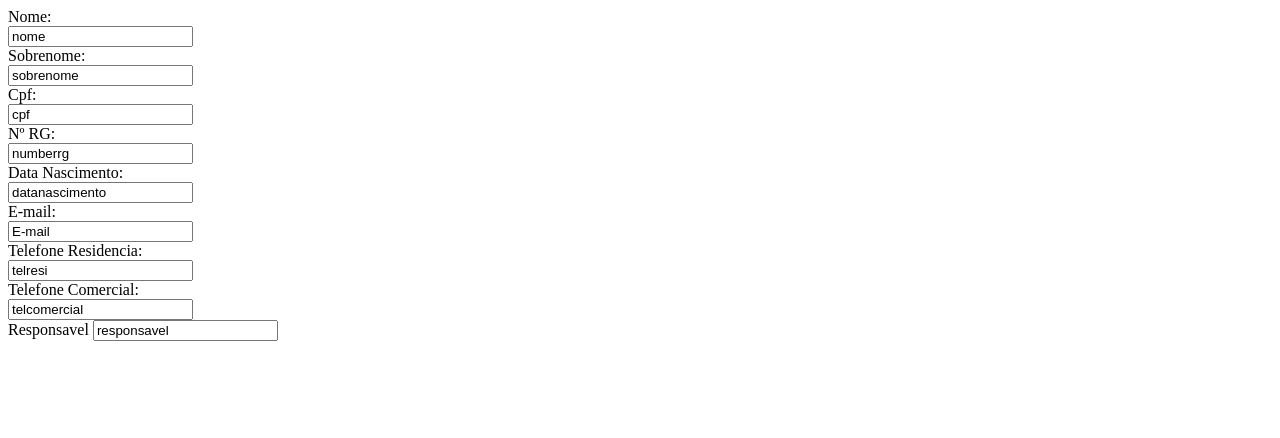
Repository: samaelsimoes/ong-cepe
Page: ong-cepe/WebContent/privado/formulario/pesfisica.html
An editor plug-in stored every save of this project. The page is shown before and after the next save, followed by the edit.
The browser window is 1280 px wide. The pictures show the whole page.

Above is the page before, as saved 2017-08-13 19:04:15.

### ong-cepe/WebContent/privado/formulario/pesfisica.html
 <div class="form-group row">

    <div class="col-xs-6 col-md-5">
        <label for="example-text-input" class="col-2 col-form-label">Nome:</label>

       <div class="col-10">
            <input class="form-control" type="text" value="nome" id="nome" placeholder="Nome">
        </div>
    </div>

    <div class="col-xs-6 col-md-5 coll-md-offset-2">

        <label for="example-text-input" class="col-2 col-form-label">Sobrenome:</label>

        <div class="col-10">
            <input class="form-control" type="text" value="sobrenome" id="sobrenome" placeholder="Sobrenome">
        </div>
    </div>
</div>

<div class="form-group row">
    <div class="col-xs-6 col-md-5">
        <label for="example-text-input" class="col-2 col-form-label">Cpf:</label>

       <div class="col-10">
            <input class="form-control" type="text" value="cpf" id="nome" placeholder="cpf">
        </div>
    </div>

    <div class="col-xs-6 col-md-5 coll-md-offset-2">

        <label for="example-text-input" class="col-2 col-form-label">Nº RG:</label>

        <div class="col-10">
            <input class="form-control" type="text" value="numberrg" id="sobrenome" placeholder="rg">
        </div>
    </div>
</div>

 <div class="form-group row">
    <div class="col-xs-6 col-md-5">
        <label for="example-text-input" class="col-2 col-form-label">Data Nascimento:</label>

       <div class="col-10">
            <input class="form-control" type="text" value="datanascimento" id="datanascimento" placeholder="cpf">
        </div>
    </div>
    <div class="col-xs-6 col-md-5 coll-md-offset-2">

        <label for="email" class="col-2 col-form-label">E-mail:</label>

        <div class="col-10">

            <input class="form-control" type="text" value="E-mail" id="email" placeholder="-Email">
        </div>
    </div>
</div>

 <div class="form-group row">
    <div class="col-xs-6 col-md-5">
        <label for="example-text-input" class="col-2 col-form-label">Telefone Residencia:</label>

       <div class="col-10">
            <input class="form-control" type="text" value="telresi" id="telresidenci" placeholder="Telefone Residencia">
        </div>
    </div>
    <div class="col-xs-6 col-md-5 coll-md-offset-2">

        <label for="telcomercial" class="col-2 col-form-label">Telefone Comercial:</label>

        <div class="col-10">

            <input class="form-control" type="text" value="telcomercial" id="telcomercial" placeholder="Telefone Comercial">
        </div>
    </div>
</div>

 <div class="form-group row">
    <div class="col-xs-6 col-md-10">

        <label for="responsavel" class="col-2 col-form-label">Responsavel</label>

        <input class="form-control" type="text" value="responsavel" id="responsavel">
    </div>
</div>

After the next save:
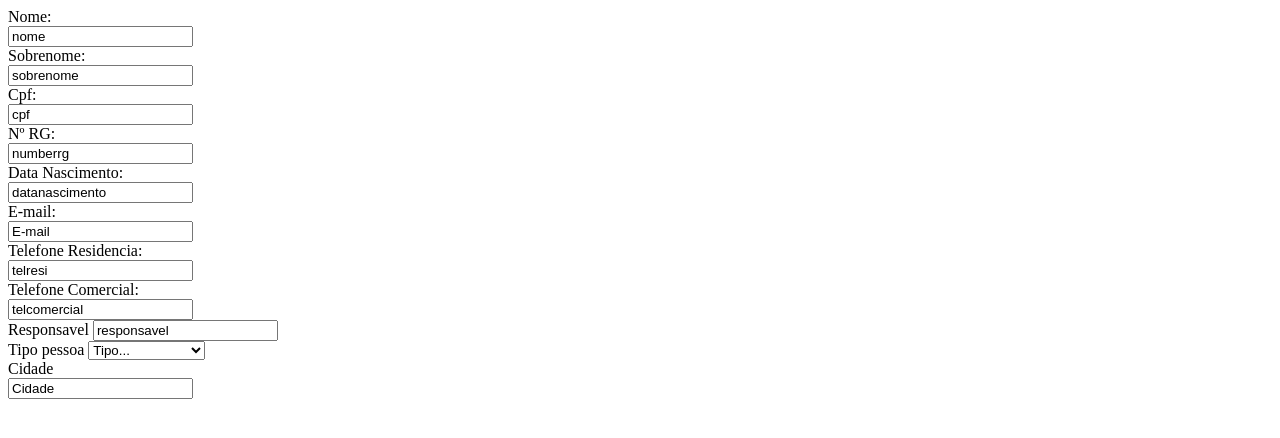
Saved 2 min 35 s later.
--- a/ong-cepe/WebContent/privado/formulario/pesfisica.html
+++ b/ong-cepe/WebContent/privado/formulario/pesfisica.html
@@ -83,3 +83,25 @@
         <input class="form-control" type="text" value="responsavel" id="responsavel">
     </div>
 </div>
+
+ <div class="form-group row">
+    <div class="col-xs-6 col-md-5">
+		<label class="col-2 col-form-label" for="tipopessoa">Tipo pessoa</label>
+
+		<select class="form-control" id="tipopessoa">
+
+		    <option selected>Tipo...</option>
+		    <option value="1">Pessoa Juridica</option>
+		    <option value="2">Pessoa Física</option>
+		</select>
+    </div>
+    <div class="col-xs-6 col-md-5 coll-md-offset-2">
+
+        <label for="example-text-input" class="col-2 col-form-label">Cidade</label>
+
+        <div class="col-10">
+
+            <input class="form-control" type="text" value="Cidade" id="cidade" placeholder="rg">
+        </div>
+    </div>
+</div>
